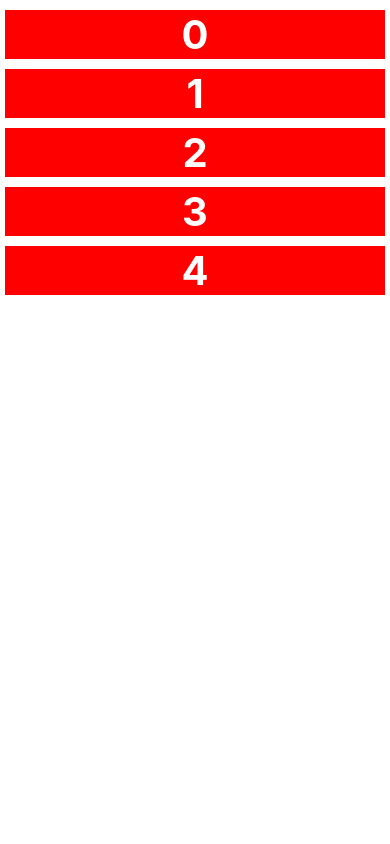
Repository: asnaeb1-dev/Video-List-Test
Screen: /
These files come from the project's save history. The screen is drawn as it stood at one moment and after the next save; the edit follows.
The app was drawn by React Native's web renderer in a window 390 px wide. The project was rebuilt for these pictures with package versions that can differ from the ones it lists, and the page was loaded fresh each time.

Above is the screen before, as saved 2020-08-08 13:07:44.

### App.js
import React,{Component} from 'react';
import {View, FLatList, StyleSheet, FlatList, Text} from 'react-native'
import ListItem from './src/Components/ListItem'

export default class App extends Component{
  constructor(props){
    super(props)
    this.state={
      PREV_VALUE: 0,
      playVideo: false,
      list: [
        {
          id: 0,
          isVisible: false,
        },{
          id: 1,
          isVisible: false,
        },{
          id: 2,
          isVisible: false,
        },{
          id: 3,
          isVisible: false,
        },{
          id: 4,
          isVisible: false,
        }
      ]
    }
  }

  onViewableItemsChanged = ({viewableItems, changed}) => {
    changed.forEach((item, index) => {
      this.setState({
      })
    })
  }

  handleScroll = (yCoord) => {
    if(Math.abs(yCoord) - this.state.PREV_VALUE < 5){
      this.setState({
        playVideo: true
      })
    }
    this.setState({PREV_VALUE: yCoord})
  }

  render(){
    return(
      <View style={{flex: 1, margin: 5}}>
        <FlatList
          data={this.state.list}
          renderItem = {({item}) => <ListItem isVisible={true} _id={item.id} playVideo={this.state.playVideo}/>}
          windowSize= {2}
          //onViewableItemsChanged={this.onViewableItemsChanged}
          onScroll={(e) => this.handleScroll(e.nativeEvent.contentOffset.y)}
        />
      </View>
    )
  }
}

### src/Components/ListItem.js
import React, { Component } from 'react';
import { View, TouchableOpacity, Text } from 'react-native';

export default class ListItem extends Component{
    render(){
        return(
            <TouchableOpacity style={  !this.props.playVideo?
                {flex: 1,height: 200, backgroundColor: 'red', marginVertical: 5, justifyContent: 'center', alignItems: 'center'}:
                {flex: 1,height: 200, backgroundColor: 'blue', marginVertical: 5, justifyContent: 'center', alignItems: 'center'}
            }>
                <Text style={{color: '#fff', fontSize: 40, fontWeight: 'bold'}}>{this.props._id}</Text>
            </TouchableOpacity>
        )
    }
}

After the next save:
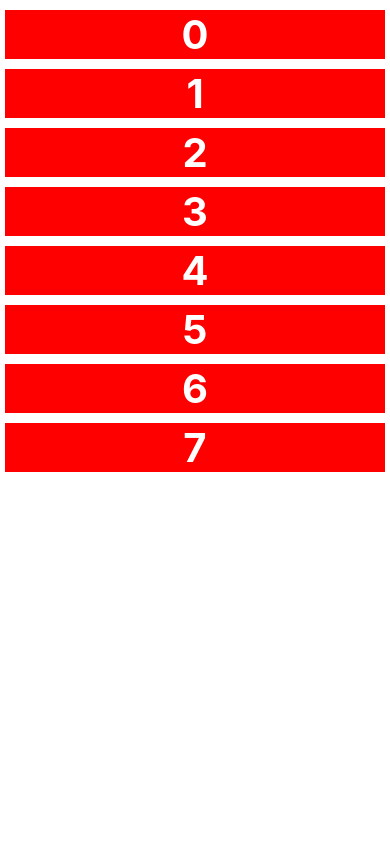
Saved 39 s later.
--- a/App.js
+++ b/App.js
@@ -23,6 +23,15 @@ export default class App extends Component{
           isVisible: false,
         },{
           id: 4,
+          isVisible: false,
+        },{
+          id: 5,
+          isVisible: false,
+        },{
+          id: 6,
+          isVisible: false,
+        },{
+          id: 7,
           isVisible: false,
         }
       ]
